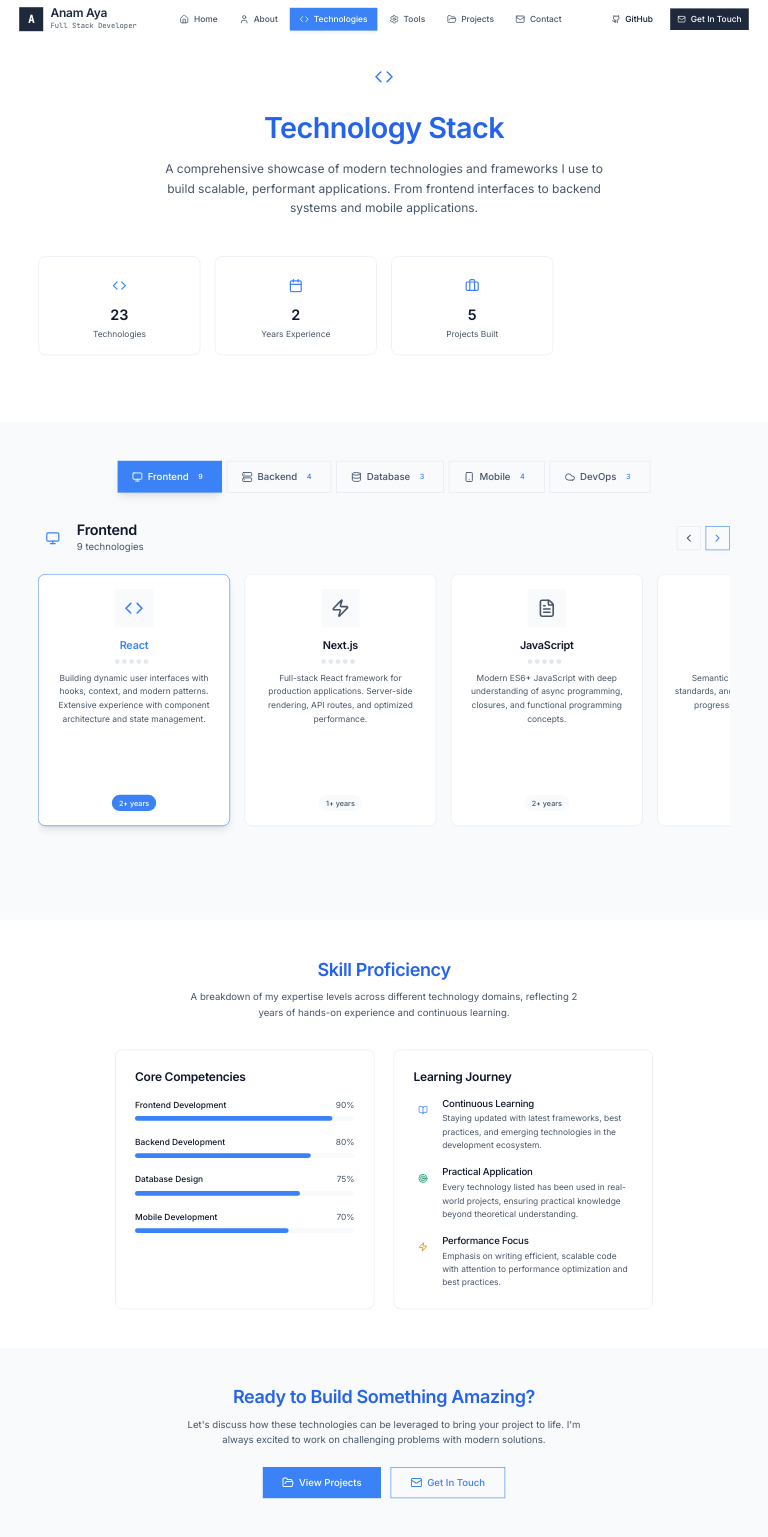
Repository: ayaaas/portflio_aya
Page: /technologies-interactive-stack-showcase
The author's editor kept a copy of each file at every save. The page is drawn from the files as they stood at one save, then again after the next save.
The browser window is 1280 px wide. The pictures show the whole page, at 60% of full size.
The project was rebuilt for these pictures with package versions that can differ from the ones it lists, and the page was loaded fresh each time. Also part of the build but not shown: vite.config.mjs, src/components/ErrorBoundary.jsx, src/components/AppImage.jsx, src/pages/hero-section-developer-portfolio/components/ProfileImage.jsx, src/pages/hero-section-developer-portfolio/components/AnimatedText.jsx, src/pages/hero-section-developer-portfolio/components/HeroContent.jsx, src/pages/hero-section-developer-portfolio/components/BackgroundPattern.jsx, src/pages/hero-section-developer-portfolio/components/ScrollIndicator.jsx and 23 more.

Above is the page before, as saved 2025-07-20 01:49:44.

After the next save:
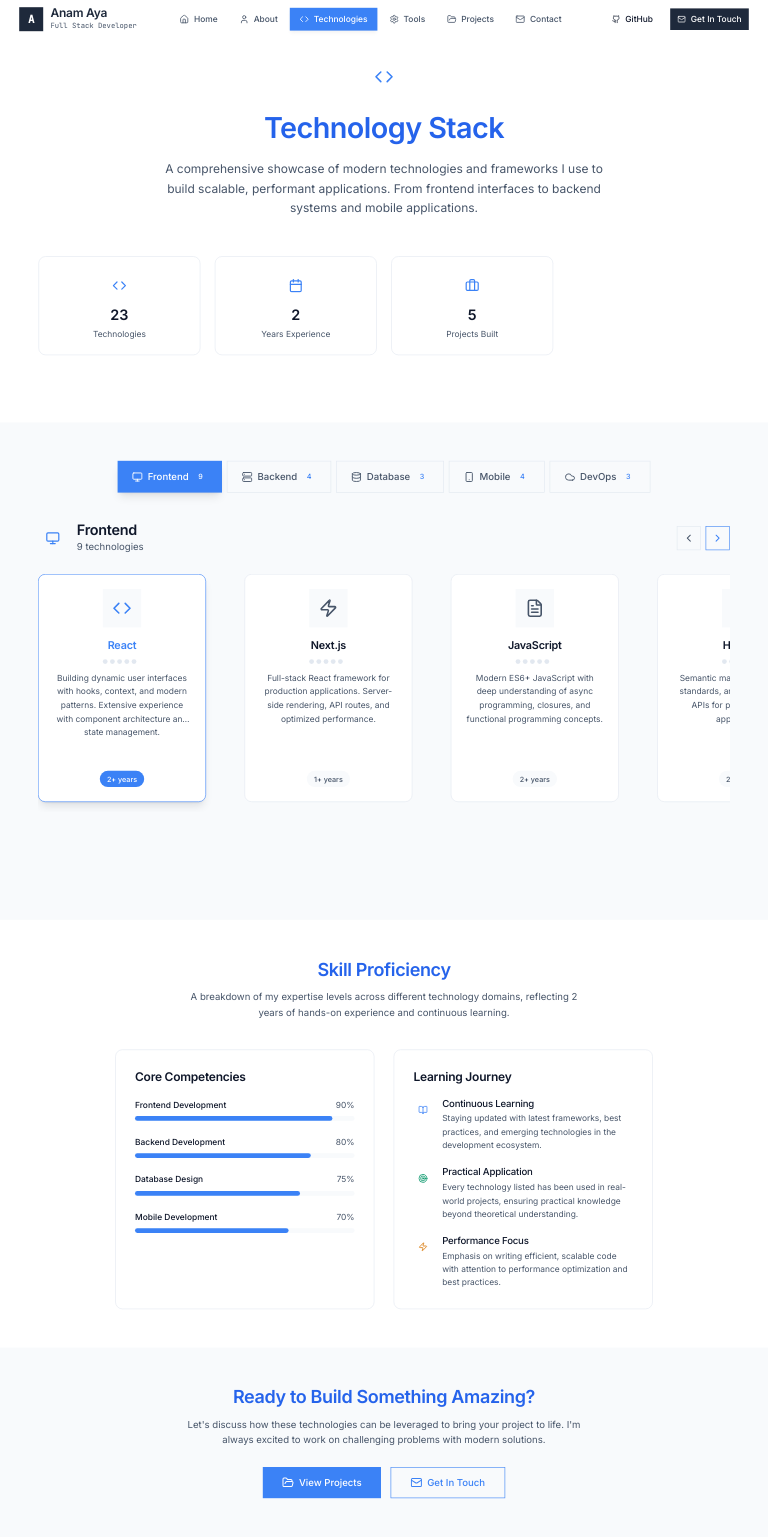
Saved 71 s later.
--- a/src/pages/technologies-interactive-stack-showcase/components/TechnologyCard.jsx
+++ b/src/pages/technologies-interactive-stack-showcase/components/TechnologyCard.jsx
@@ -10,7 +10,7 @@ const TechnologyCard = ({ technology, isActive, onClick }) => {
           ? 'border-accent shadow-lg bg-accent/5'
           : 'border-border hover:border-accent/50 hover:shadow-md'
       }`}
-      style={{ width: '320px', height: '420px', boxSizing: 'border-box', display: 'flex', flexDirection: 'column' }}
+      style={{ width: '280px', height: '380px', boxSizing: 'border-box', display: 'flex', flexDirection: 'column' }}
     >
       {/* Technology Icon */}
       <div className="flex items-center justify-center w-16 h-16 mx-auto mb-4 rounded-lg bg-surface group-hover:bg-accent/10 transition-all-300">
@@ -56,7 +56,7 @@ const TechnologyCard = ({ technology, isActive, onClick }) => {
           flexGrow: 1,
           overflow: 'hidden',
           display: '-webkit-box',
-          WebkitLineClamp: 4, // show max 4 lines, change as needed
+          WebkitLineClamp: 4, // max 4 lines
           WebkitBoxOrient: 'vertical',
           textOverflow: 'ellipsis',
         }}
